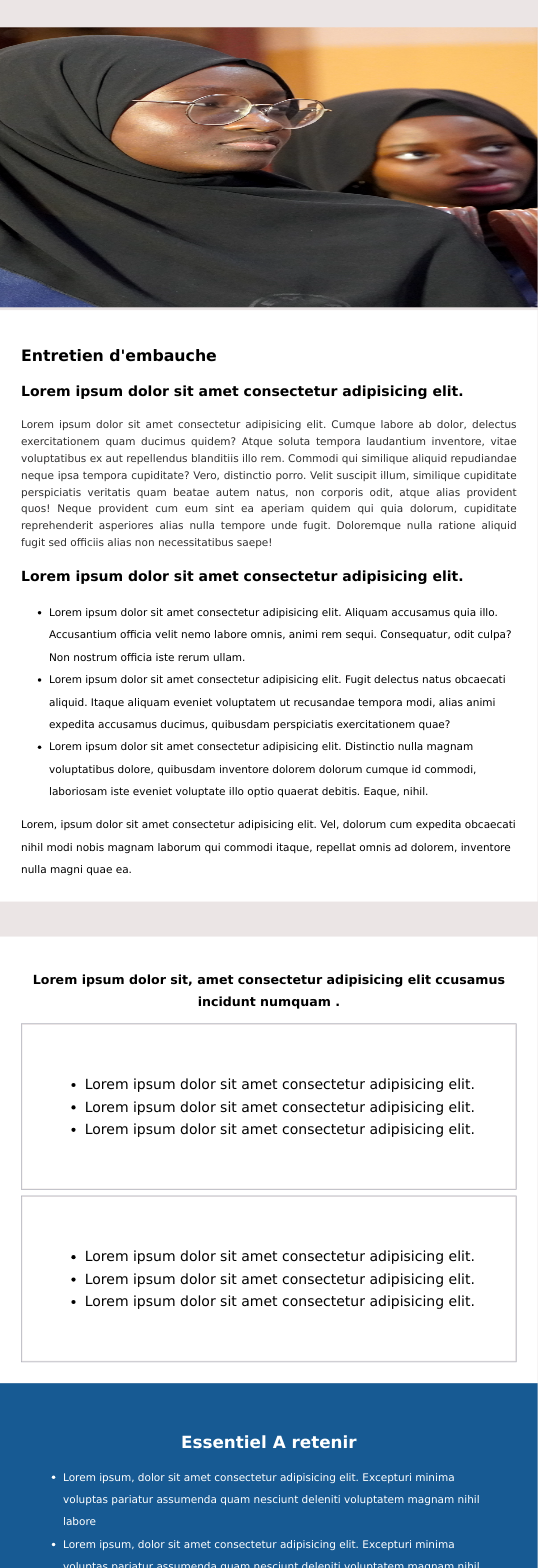
Repository: Ken-dia/newsletters_force_n
Page: index.html
These files come from the project's save history. The page is drawn as it stood at one moment and after the next save; the edit follows.
The browser window is 768 px wide. The pictures show the part of the page from y = 4260 to 6500 px (the page is 10589 px tall before and 10525 px after), at 70% of full size.

Above is the page before, as saved 2024-04-23 12:50:47.

After the next save:
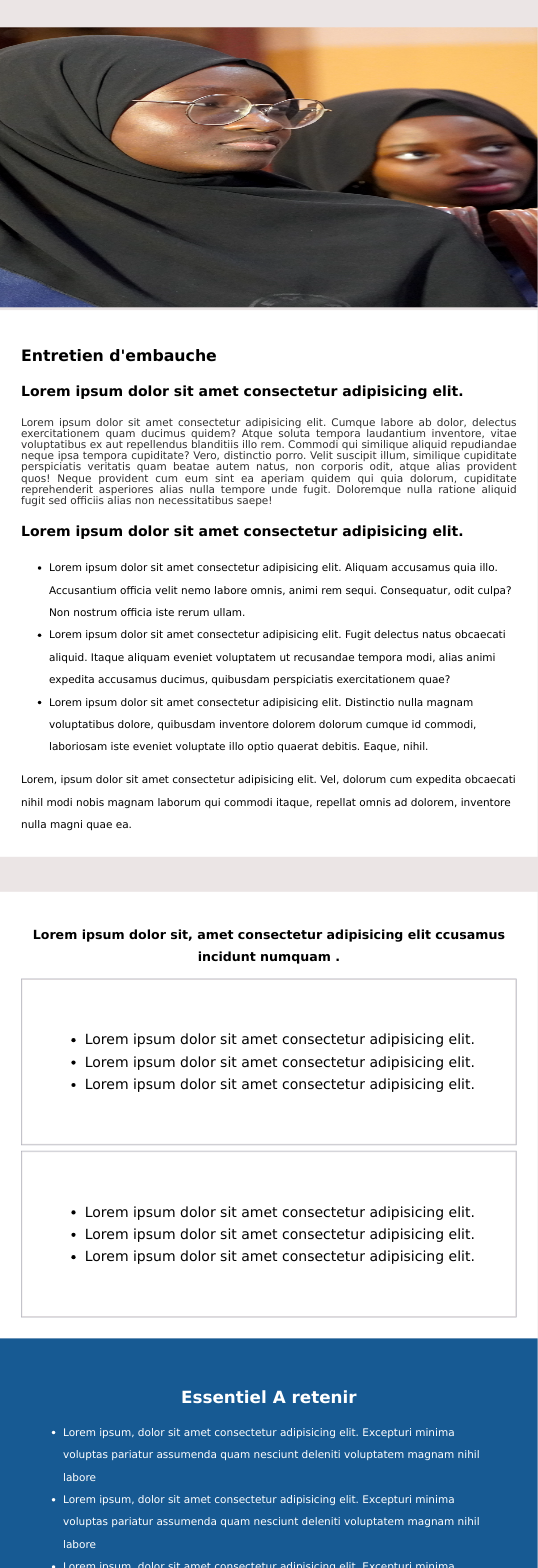
Saved 33 s later.
--- a/styles.css
+++ b/styles.css
@@ -332,7 +332,7 @@
     }
     .entretiens .text p {
         text-align: justify;
-        line-height: 1.5rem;
+        line-height: 1rem;
     }
     .embauche .items {
         grid-template-columns: 1fr;
